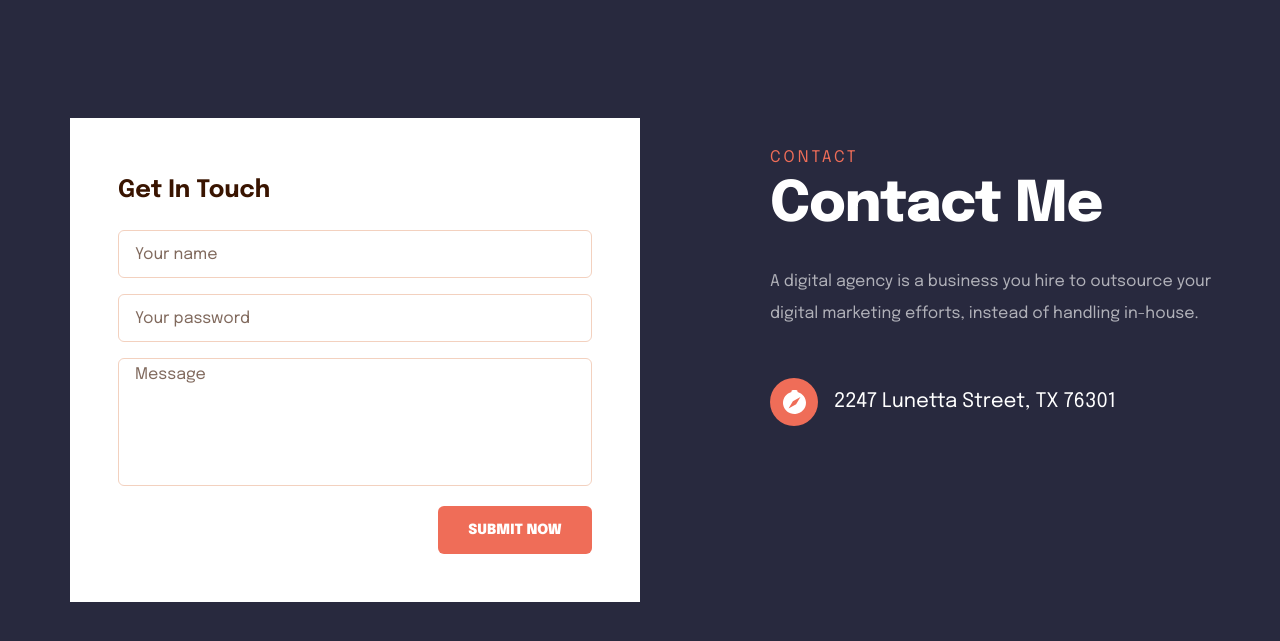
Repository: SabrinaSeydaliyeva/Task-17
Page: pages/contactPage/index.html
An editor plug-in stored every save of this project. The page is shown before and after the next save, followed by the edit.
The browser window is 1280 px wide. The pictures show the whole page.
The style sheet was rebuilt from its Sass, Less or Tailwind sources for each picture, by a compiler version that may differ from the author's.

Above is the page before, as saved 2023-09-06 15:59:41.

### pages/contactPage/index.html
<!DOCTYPE html>
<html lang="en">
<head>
    <meta charset="UTF-8">
    <meta http-equiv="X-UA-Compatible" content="IE=edge">
    <meta name="viewport" content="width=device-width, initial-scale=1.0">
    <title>Document</title>
    <link rel="stylesheet" href="../../assets/css/reset.css">
    <link rel="stylesheet" href="index.css">
</head>
<body>
    <div class="container">
        <div class="left-container">
            <span>Get In Touch</span>

            <form action="">
                <label for="">
                    <input type="text" placeholder="Your name">
                </label>

                <label for="">
                    <input type="password" placeholder="Your password">
                </label>

                <label for="">
                    <textarea placeholder="Message"  name=""></textarea>

                </label>
                <button>Submit Now</button>

            </form>

        </div>


        <div class="right-container">
            <span>Contact</span>
            <h1>Contact Me</h1>
            <p class="p-1">A digital agency is a business you hire to outsource your digital marketing efforts, instead of handling in-house.</p>

            <ul>
                <li>
                <div class="circle">
                    <svg xmlns="http://www.w3.org/2000/svg" width="23" height="24" viewBox="0 0 23 24" fill="none">
                        <path fill-rule="evenodd" clip-rule="evenodd" d="M12.5128 23.9559C18.4476 23.4434 22.9991 18.5852 23 12.7619C22.9992 7.68681 19.5202 3.24133 14.5089 1.91219C14.6419 1.45966 14.5495 0.972375 14.2595 0.596433C13.9696 0.220491 13.5157 -0.000396111 13.034 0H9.9675C9.4858 -0.000396111 9.03192 0.220491 8.74193 0.596433C8.45195 0.972375 8.35958 1.45966 8.49253 1.91219C2.74205 3.43556 -0.865618 8.99957 0.179927 14.7325C1.22547 20.4654 6.57793 24.4683 12.5128 23.9559ZM17.4618 6.91176L17.465 6.90994L17.462 6.91144L17.4618 6.91176ZM17.4618 6.91176L9.87551 11.1479L5.53646 18.5674L13.126 14.3294L17.4618 6.91176Z" fill="white"/>
                        </svg>
                </div>
                <p>2247 Lunetta Street, TX 76301</p>
                </li>
            </ul>
        </div>

    </div>
</body>
<script src="./index.js"></script>
</html>

### assets/css/reset.scss
*{
    margin: 0;
    padding: 0;
    box-sizing: border-box;
}
a{
    text-decoration: none;
}
button{
    border: none;
}

### pages/contactPage/index.scss
@import url("https://fonts.googleapis.com/css2?family=Epilogue:wght@400;700;800;900&display=swap");

.container {
  width: 100%;
  min-height: 100vh;
  background-color: #28293e;
  display: flex;
  justify-content: center;
  align-items: center;

  .left-container {
    padding: 57px 48px 48px 48px;
    width: 570px;
    background-color: white;

    span {
      display: block;
      margin-bottom: 23px;
      color: var(--Text_Dark, #391400);
      font-feature-settings: "clig" off, "liga" off;
      font-family: Epilogue;
      font-size: 24px;
      font-style: normal;
      font-weight: 700;
      line-height: 32px;
    }
    form {
      input {
        margin-bottom: 16px;
        width: 100%;
        height: 48px;
        padding: 0 16px;
        border-radius: 6px;
        border: 1px solid #f3d1bf;
        background: #fff;
        &::placeholder {
          color: var(--Text_Dark_Gray, rgba(57, 20, 0, 0.64));
          font-feature-settings: "clig" off, "liga" off;
          font-family: Epilogue;
          font-size: 16px;
          font-style: normal;
          font-weight: 400;
          line-height: 32px;
        }
      }

      textarea {
        margin-bottom: 16px;
        width: 100%;
        height: 128px;
        padding: 0 16px;
        border-radius: 6px;
        border: 1px solid #f3d1bf;
        background: #fff;
        resize: none;
        &::placeholder {
          color: var(--Text_Dark_Gray, rgba(57, 20, 0, 0.64));
          font-feature-settings: "clig" off, "liga" off;
          font-family: Epilogue;
          font-size: 16px;
          font-style: normal;
          font-weight: 400;
          line-height: 32px;
        }
      }

      button {
        width: 154px;
        height: 48px;
        margin-left: auto;
        display: block;
        border-radius: 6px;
        background: #ef6d58;
        color: #fff;
        text-align: center;
        font-family: Epilogue;
        font-size: 14px;
        font-style: normal;
        font-weight: 900;
        line-height: normal;
        text-transform: uppercase;
      }
    }
  }

  .right-container {
    padding: 30px 0px 48px 130px;
    width: 570px;
    height: 496px;

    span {
      margin-bottom: 20px;
      color: var(--Text_Light_Accent, #ef6d58);
      font-feature-settings: "clig" off, "liga" off;
      font-family: Epilogue;
      font-size: 16px;
      font-style: normal;
      font-weight: 400;
      line-height: 32px;
      letter-spacing: 3px;
      text-transform: uppercase;
    }

    h1 {
      margin-bottom: 28px;
      color: var(--Text_Light, #fff);
      font-feature-settings: "clig" off, "liga" off;
      font-family: Epilogue;
      font-size: 56px;
      font-style: normal;
      font-weight: 800;
      line-height: 64px;
      letter-spacing: -1px;
    }

    .p-1 {
      margin-bottom: 45px;
      width: 470px;
      height: 67px;
      flex-shrink: 0;
      color: var(--Text_Light_Gray, rgba(255, 255, 255, 0.64));
      font-feature-settings: "clig" off, "liga" off;
      font-family: Epilogue;
      font-size: 16px;
      font-style: normal;
      font-weight: 400;
      line-height: 32px;
    }

    ul {
      li {
        list-style-type: none;
        display: flex;
        align-items: center;
        .circle {
          width: 48px;
          height: 48px;
          border-radius: 50%;
          background-color: #ef6d58;
          display: flex;
          justify-content: center;
          align-items: center;
        }
        p{
          margin-left: 16px;
          color: var(--Text_Light, #FFF);
font-feature-settings: 'clig' off, 'liga' off;

/* Text_Big */
font-family: Epilogue;
font-size: 20px;
font-style: normal;
font-weight: 400;
line-height: 32px; /* 160% */
        }
      }
    }
  }
}

Loaded but not shown: pages/contactPage/index.js (no copy from this time; the picture is the same without it)

After the next save:
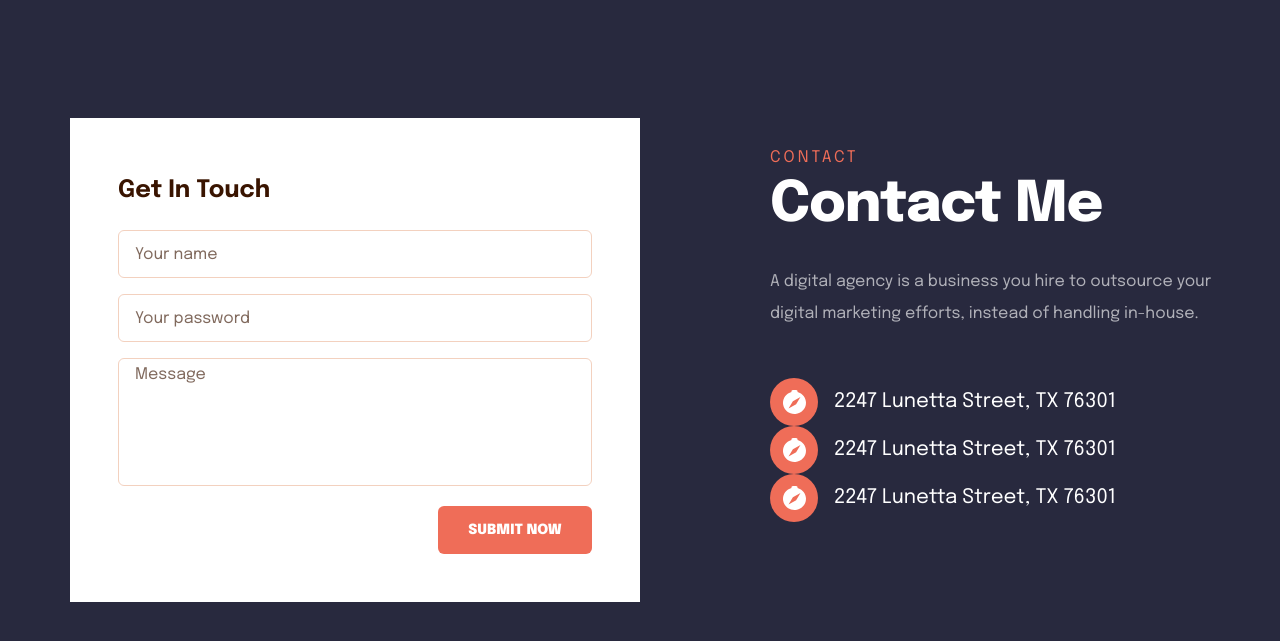
Saved 12 s later.
--- a/pages/contactPage/index.html
+++ b/pages/contactPage/index.html
@@ -47,6 +47,22 @@
                 </div>
                 <p>2247 Lunetta Street, TX 76301</p>
                 </li>
+                <li>
+                    <div class="circle">
+                        <svg xmlns="http://www.w3.org/2000/svg" width="23" height="24" viewBox="0 0 23 24" fill="none">
+                            <path fill-rule="evenodd" clip-rule="evenodd" d="M12.5128 23.9559C18.4476 23.4434 22.9991 18.5852 23 12.7619C22.9992 7.68681 19.5202 3.24133 14.5089 1.91219C14.6419 1.45966 14.5495 0.972375 14.2595 0.596433C13.9696 0.220491 13.5157 -0.000396111 13.034 0H9.9675C9.4858 -0.000396111 9.03192 0.220491 8.74193 0.596433C8.45195 0.972375 8.35958 1.45966 8.49253 1.91219C2.74205 3.43556 -0.865618 8.99957 0.179927 14.7325C1.22547 20.4654 6.57793 24.4683 12.5128 23.9559ZM17.4618 6.91176L17.465 6.90994L17.462 6.91144L17.4618 6.91176ZM17.4618 6.91176L9.87551 11.1479L5.53646 18.5674L13.126 14.3294L17.4618 6.91176Z" fill="white"/>
+                            </svg>
+                    </div>
+                    <p>2247 Lunetta Street, TX 76301</p>
+                    </li>
+                    <li>
+                        <div class="circle">
+                            <svg xmlns="http://www.w3.org/2000/svg" width="23" height="24" viewBox="0 0 23 24" fill="none">
+                                <path fill-rule="evenodd" clip-rule="evenodd" d="M12.5128 23.9559C18.4476 23.4434 22.9991 18.5852 23 12.7619C22.9992 7.68681 19.5202 3.24133 14.5089 1.91219C14.6419 1.45966 14.5495 0.972375 14.2595 0.596433C13.9696 0.220491 13.5157 -0.000396111 13.034 0H9.9675C9.4858 -0.000396111 9.03192 0.220491 8.74193 0.596433C8.45195 0.972375 8.35958 1.45966 8.49253 1.91219C2.74205 3.43556 -0.865618 8.99957 0.179927 14.7325C1.22547 20.4654 6.57793 24.4683 12.5128 23.9559ZM17.4618 6.91176L17.465 6.90994L17.462 6.91144L17.4618 6.91176ZM17.4618 6.91176L9.87551 11.1479L5.53646 18.5674L13.126 14.3294L17.4618 6.91176Z" fill="white"/>
+                                </svg>
+                        </div>
+                        <p>2247 Lunetta Street, TX 76301</p>
+                        </li>
             </ul>
         </div>
 
